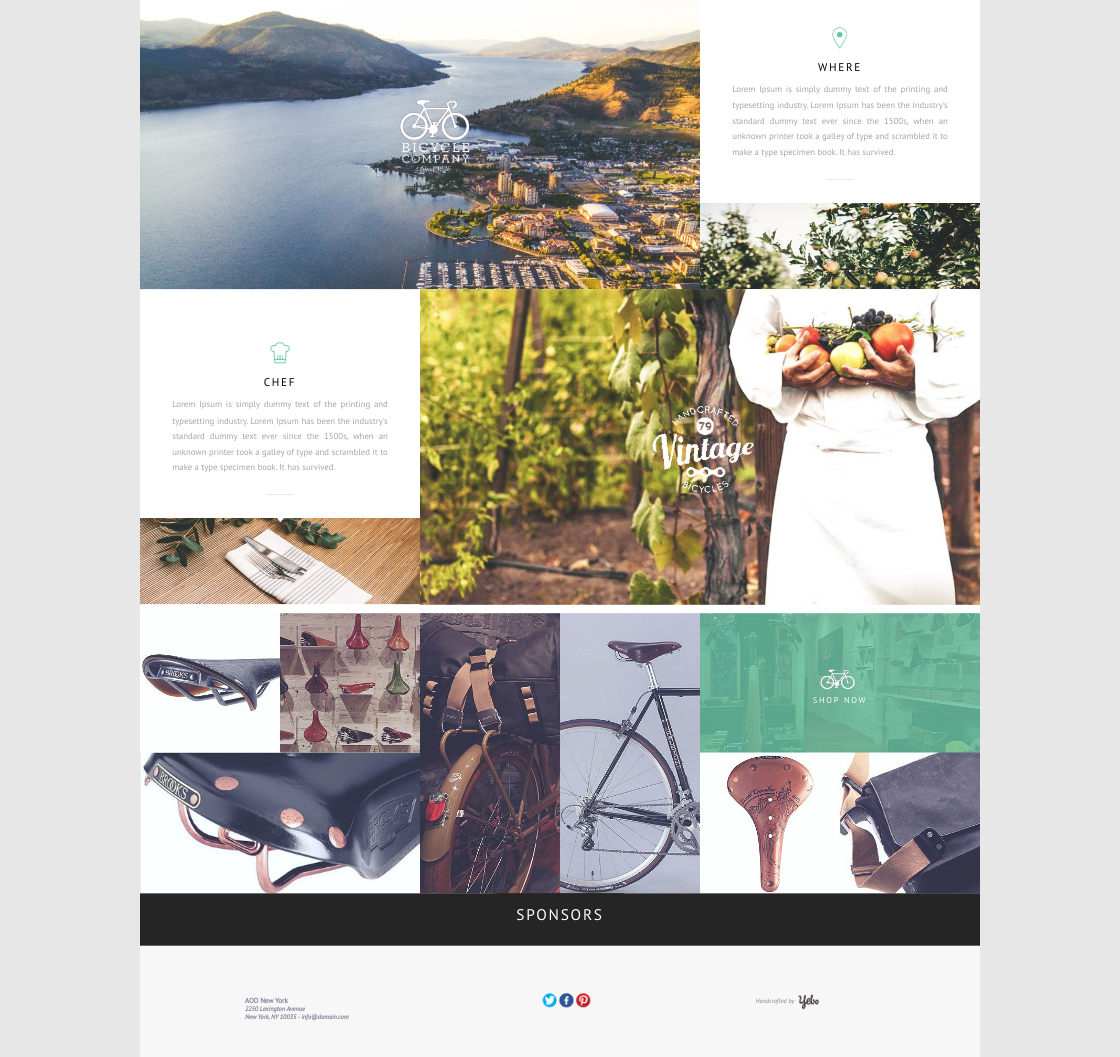
Repository: vancodes/longtable
Page: index.html
These files come from the project's save history. The page is drawn as it stood at one moment and after the next save; the edit follows.
The browser window is 1280 px wide. The page is 1600 px wide, so the pictures cover 1600 px, including what lies to the right of the window. The pictures show the part of the page from y = 1210 to 2770 px (the page is 2720 px tall before and 2770 px after), at 70% of full size.

Above is the page before, as saved 2019-04-08 15:37:34.

### index.html
<!DOCTYPE html>
<html>

<head>
  <meta charset="utf-8">
  <link href="index.css" type="text/css" rel="stylesheet">
  <title>Long table</title>
</head>

<body>
  <div class="wrapper">
    <!--Intro Section-->
    <div class="topbar">
      <h1>
      <ul>
        <li><a href="#">About Us</a></li>
    	   <p>.</p>
        <li><a href="#">Info</a></li>
        <li><a href="#"><img src="assets\logo.png" alt="logo"></a></li>
        <li><a href="https://www.gofundme.com/breast-lung-and-melanoma-cancer">Donate</a></li>
    	   <p>.</p>
        <li><a href="#">Contact</a></li>
      </ul>
    </h1>
    </div>
    <div class="hero">
      <img src="assets/cover.jpg" alt="">
    </div>
    <!--Navigation Section-->
    <div class="main" align="center">
      <div class="first">
        <img src="assets\breast-cancer-icon.png" alt="bike chain">
        <h2>Long table dinner fundraiser</h2>
        <h4>When: TBD Kelowna</h4>
        <h4>Where: TBD Summer 2019</h4>
        <p>Join us for an long table diner by Chef x. This dinner raise for Shenah Mochenski to get treatment for cancer and rheumatoid arthritis at the TrueNorth Health Center</p>
        <div class="email-container">
            <button>Join us</button>
          </div>
      </div>
      <!--Image Section-->
      <div class="bike-images">
        <div class="first-container">
          <div class="first-left">
            <div id="bike-logo">
              <img src="assets/bike.png" alt="bike logo">
            </div>
            <div id="logo">
              <img src="assets/bicycle-company-logo.png" alt="company logo">
            </div>
            <div id="vintage-left">
              <img src="assets\bike-1.jpg" alt="bike handle">
            </div>
          </div>
          <div class="first-right">
            <div class="location">
              <img src="assets\location-icon.png" alt="frame icon">
            </div>
            <div id="vintage-text">
              <h3>WHERE</h3>
              <p>Lorem Ipsum is simply dummy text of the printing and typesetting industry. Lorem Ipsum has been the industry's standard dummy text ever since the 1500s, when an unknown printer took a galley of type and scrambled it to make a type specimen
                book. It has survived.</p>
            </div>
            <div class="divider-line"></div>
            <div id="first-vintage-seat">
              <img img src="assets\seat.jpg" alt="bike seat">
            </div>
            <div class="arrow-down"></div>
          </div>
        </div>
        <div class="second-container">
          <div class="second-left">
            <div class="chef">
              <img src="assets\chef-icon.png" alt="chef icon">
            </div>
            <div id="vintage-text">
              <h3>CHEF</h3>
              <p>Lorem Ipsum is simply dummy text of the printing and typesetting industry. Lorem Ipsum has been the industry's standard dummy text ever since the 1500s, when an unknown printer took a galley of type and scrambled it to make a type specimen
                book. It has survived.</p>
            </div>
            <div class="divider-line"></div>
            <div id="second-chef">
              <img src="assets\chef-2.jpg" alt="vintage bike seat">
            </div>
            <div class="arrow-down"></div>
          </div>
          <div class="second-right">
            <div id="vintage-logo">
              <img src="assets\vintage-logo.png" alt="vintage bike logo">
            </div>
            <div id="chef">
              <img src="assets\chef.jpg" alt="chef">
            </div>
          </div>
        </div>
        <!--<div class="retro-container">
          <div class="retro-left">
            <div id="retro-logo">
              <img src="assets/bicycle-logo.png" alt="Since 1962 logo">
            </div>
            <div id="retro-bike">
              <img src="assets\bike-rail.jpg" alt="bike rail">
            </div>
          </div>
          <div class="retro-middle">
            <div class="steering">
              <img src="assets\steering-icon.png" alt="steering icon">
            </div>
            <div id="vintage-text">
              <h3>Retro Bike - M. Hulot</h3>
              <p>Lorem Ipsum is simply dummy text of the printing and typesetting industry. Lorem Ipsum has been the industry's standard dummy text ever since the 1500s, when an unknown printer took a galley of type and scrambled it to make a type specimen
                book. It has survived.</p>
            </div>
            <div class="divider-line"></div>
            <div class="arrow-down"></div>
            <div id="retro-rail">
              <img src="assets\mavic.jpg" alt="vintage bike seat">
            </div>
          </div>
          <div class="retro-right">
            <div id="retro-bike-right">
              <img src="assets\bike-2.jpg" alt="retro bike">
            </div>
          </div>
        </div>
      </div>-->
      <!--Social Section-->
      <!--<div class="main" align="center">
        <div class="last">
          <img src="assets\twitter-icon.png" alt="Twitter icon"><br>
          <span>AOD New York @aod</span>
          <span class="twitter-time"> / 35 min</span >
            <p>Lorem ipsum dolor sit amet, consectetur adipiscing elit. Sed ut tellus ac nulla semper rhoncus. Nullam a odio porttitor, dictum turpis vitae, pretium ante amet.</p>
          </div>
      </div>-->
<!--slider-->
    <!--<div class="slider">
      <span class="dotfirst"></span>
          <span class="dot"></span>
          <span class="dot"></span>
        </div>-->
        <!--Photo Collage-->
        <div class="bottom-container">
          <div class="bottom-left">
            <div id="image-one">
              <img src="assets\bottom-image-1.jpg" alt="">
            </div>
            <div id="image-one">
              <img src="assets\bottom-image-2.jpg" alt="">
            </div>
            <div id="brooks-seat">
              <img src="assets\brooks-seat.png" alt="">
            </div>
          </div>
          <div class="bottom-middle">
            <div id="image-three">
              <img src="assets\bottom-image-3.jpg" alt="">
            </div>
            <div id="image-three">
              <img src="assets\bottom-image-4.jpg" alt="">
            </div>
          </div>
          <div class="bottom-right">
            <div id="bottom-bike-logo">
              <img src="assets/bike.png" alt="bike logo">
            </div>
            <div class="bottom-text">
              <p>shop now</p>
            </div>
            <div id="image-five">
              <img src="assets\bottom-image-5.jpg" alt="">
            </div>
            <div id="image-five">
              <img src="assets\bottom-image-6.jpg" alt="">
            </div>
          </div>
        </div>
        <div class="discover-container">
          <div class="discover-text">
            <button>Sponsors</button>
          </div>
        </div>
      </div>
      <div class="main" align="center">
        <div class="footer-container">
          <div class="footer-left">
            <span>AOD New York</span>
            <span class="footer-text">
      <p>2250 Lexington Avenue</p>
      <p>New York, NY 10035 - info@domain.com</p>
      </span >
      </div>
      <div class="footer-middle">
        <img src="assets\twitter.png" alt="twitter icon">
        <img src="assets\facebook.png" alt="facebook icon">
        <img src="assets\pinterest.png" alt="pinterest icon">
      </div>
      <div class="footer-right">
        <span class="footer-right-text">
          <p>Handcrafted by</p>
        </span>
            <img src="assets\yebo-logo.png" alt="yebo logo">
          </div>
        </div>
      </div>
      <!--end-->
    </div>
</body>
</html>

### index.css
/* http://meyerweb.com/eric/tools/css/reset/
   v2.0 | 20110126
   License: none (public domain)
*/

html, body, div, span, applet, object, iframe, h1, h2, h3, h4, h5, h6, p, blockquote, pre, a, abbr, acronym, address, big, cite, code, del, dfn, em, img, ins, kbd, q, s, samp, small, strike, strong, sub, sup, tt, var, b, u, i, center, dl, dt, dd, ol, ul, li, fieldset, form, label, legend, table, caption, tbody, tfoot, thead, tr, th, td, article, aside, canvas, details, embed, figure, figcaption, footer, header, hgroup, menu, nav, output, ruby, section, summary, time, mark, audio, video {
  margin: 0;
  padding: 0;
  border: 0;
  font-size: 100%;
  font: inherit;
  vertical-align: baseline;
}

/* HTML5 display-role reset for older browsers */

article, aside, details, figcaption, figure, footer, header, hgroup, menu, nav, section {
  display: block;
}

body {
  line-height: 1;
}

ol, ul {
  list-style: none;
}

blockquote, q {
  quotes: none;
}

blockquote:before, blockquote:after, q:before, q:after {
  content: '';
  content: none;
}

table {
  border-collapse: collapse;
  border-spacing: 0;
}

/*  fonts */

@font-face {
  font-family: PtSansWebBold;
  src: url(font/pt_sans-web-bold.ttf);
}

@font-face {
  font-family: PtSansWebBoldItalic;
  src: url(font/pt_sans-web-bolditalic.ttf);
}

@font-face {
  font-family: PtSansWebItalic;
  src: url(font/pt_sans-web-italic.ttf);
}

@font-face {
  font-family: PtSansWebRegular;
  src: url(font/pt_sans-web-regular.ttf);
}

body {
  font-family: PtSansWebRegular;
}

h1 {
  font-family: PtSansWebBold;
  font-size: 12px;
  text-transform: uppercase;
  letter-spacing: 2px;
}

h2 {
  font-family: PtSansWebBold;
  letter-spacing: 2.5px;
  text-transform: uppercase;
  text-align: center;
  line-height: 2.5em;
}

h3 {
  font-family: PtSansWebBold;
  letter-spacing: 2.5px;
  text-transform: uppercase;
  text-align: center;
  font-size: 12px;
  line-height: 2.5em;
}

h3 {
  font-family: PtSansWebRegular;
  letter-spacing: 2.5px;
  text-transform: uppercase;
  text-align: center;
  line-height: 2.5em;
  font-size: 16px;
}

h4 {
  font-family: PtSansWebRegular;
  font-size: 13px;
  text-transform: uppercase;
  letter-spacing: 2px;
  line-height: 2.1em;
}


p {
  font-family: PtSansWebRegular;
  font-size: 12px;
  color: #838199;
  text-align: center;
  line-height: 1.8em;
}

.bike-images p {
  font-family: PtSansWebRegular;
  font-size: 12.5px;
  color: #a5a5a5;
  text-align: justify;
  line-height: 1.8em;
}

.last span {
  font-family: PtSansWebBold;
  display: inline;
  font-size: 12px;
  text-align: center;
  line-height: 2.8em;
  letter-spacing: 1.5px;
}

.last .twitter-time {
  font-family: PtSansWebRegular;
  font-size: 12px;
  text-align: center;
  letter-spacing: 1.5px;
  color: #b2b1bd;
  padding-left: 6px;
}

.last p {
  font-family: PtSansWebItalic;
  font-size: 14px;
  color: #838199;
  text-align: center;
  line-height: 1.8em;
  padding: 0 55px;
}

.bottom-text p {
  font-family: PtSansWebRegular;
  letter-spacing: 2.5px;
  text-transform: uppercase;
  text-align: center;
  line-height: 2.5em;
  font-size: 12px;
  color: #fff;
}

.saddle-text p {
  font-family: PtSansWebItalic;
  font-size: 16px;
  text-align: center;
  letter-spacing: 0.5px;
  color: #838199;
  padding-left: 6px;
  margin-bottom: 20px;
}

/*  wrapper */

.wrapper {
  padding: 0 200px;
  width: 1200px;
  margin: 0 auto;
  background-color: #e8e7e7;
}

/* intro section */

.hero img {
  width: 100%;
}

.topbar {
  position: absolute;
  padding: 0px 317px;
  margin-top: 23px;
}

.topbar ul {
  width: 590px;
  margin: 0 auto;
}

.topbar li {
  display: inline-block;
  padding: 0 20px;
  float: left;
  position: relative;
  top: 52px;
  transform: translateY(-50%);
}

.topbar li a {
  text-decoration: none;
  color: #4D4B56;
}

.topbar li a img {
  width: 75px;
}

.hero img {
  vertical-align: bottom;
  width: 100%;
  padding-top: 150px;
  background-color: #F7F7F7
}

.topbar li a:hover {
  text-decoration: none;
  color: #ff000069;
}

.topbar p {
  padding: 0 20px;
  float: left;
  position: relative;
  top: 52px;
  transform: translateY(-50%);
  font-family: PtSansWebBold;
}

/* navigation section */

.main {
  background-color: #F7F7F7
}

.first {
  color: #4D4B56;
  padding: 80px 150px 80px 150px;
  max-width: 736px;
}

.first img {
  padding: 0px 46px;
}

/* bike images */

img {
  padding: 0;
  margin: 0;
}

.bike-images {
  background-color: #FFFF;
  position: relative;
}

.first-container {
  vertical-align: bottom;
  display: table;
}

.first-left {
  width: 800px;
  display: table-cell;
  vertical-align: bottom;
}

.first-right {
  display: table-cell;
  vertical-align: bottom;
  width: 400px;
}

#first-vintage-seat img {
  width: 400px;
  height: 123px;
  float: left;
}

#bike-logo img {
  width: 100px;
  position: absolute;
  margin-top: 179px;
  transform: translatex(-29%);
}

#logo img {
  width: 100px;
  position: absolute;
  margin-top: 240px;
  transform: translateX(-26%);
}

#vintage-left img {
  float: left;
  margin: auto;
  width: 800px;
}

.location img {
  width: 30px;
  margin-bottom: 5px;
}

#vintage-text {
  height: 162px;
  margin-bottom: 18px;
  overflow: hidden;
}

#vintage-text p {
  padding: 0px 46px;
}

.divider-line {
  height: 1px;
  background-color: #e2e2e2;
  margin: 0px 180px 33px;
}

.arrow-down {
  width: 0px;
  height: 0px;
  border-left: 5px solid transparent;
  border-right: 5px solid transparent;
  border-top: 6px solid #FFFF;
  position: absolute;
  transform: translateX(1955%);
}

.second-container {
  vertical-align: bottom;
  display: table;
}

#second-chef img {
  width: 400px;
  height: 123px;
  float: left;
  margin-bottom: -1.6px;
}

.second-left {
  width: 333px;
  display: table-cell;
  vertical-align: bottom;
}

.chef img {
  width: 30px;
  margin-bottom: 5px;
}

#chef img {
  float: right;
  width: 800px;
  vertical-align: bottom;
  margin-bottom: -2px;
}

.second-right {
  display: table-cell;
  vertical-align: bottom;
  width: 656px;
}

#vintage-logo img {
  width: 145px;
  position: absolute;
  margin-top: 167px;
  transform: translateX(-47%);
}

.retro-container {
  vertical-align: bottom;
  display: table;
}

.retro-left {
  display: table-cell;
  vertical-align: bottom;
  width: 333px;
}

.retro-middle {
  width: 400px;
  display: table-cell;
  vertical-align: bottom;
}

.retro-right {
  display: table-cell;
  vertical-align: bottom;
  width: 400px;
}

#retro-logo img {
  width: 160px;
  position: absolute;
  margin-top: 197px;
  transform: translateX(-50%);
}

#retro-bike img {
  float: right;
  width: 400px;
  vertical-align: bottom;
}

#retro-bike-right img {
  float: right;
  width: 400px;
  vertical-align: bottom;
}

.steering img {
  height: 30px;
  margin-bottom: 5px;
}

#retro-rail img {
  width: 400px;
  height: 123px;
  vertical-align: bottom;
}

.bottom-container {
  vertical-align: bottom;
  display: table;
  margin-top: 14px;
}

.bottom-left {
  display: table-cell;
  vertical-align: bottom;
  width: 400px;
}

.bottom-middle {
  display: table-cell;
  vertical-align: bottom;
  width: 400px;
}

.bottom-right {
  display: table-cell;
  vertical-align: bottom;
  width: 400px;
}

#image-one img {
  float: left;
  width: 200px;
  vertical-align: bottom;
  max-height: 199px;
}

#brooks-seat img {
  float: left;
  width: 400px;
  vertical-align: bottom;
}

#image-three img {
  float: left;
  width: 200px;
  vertical-align: bottom;
}

#image-five img {
  float: left;
  width: 400px;
  vertical-align: bottom;
  margin-top: -1px;
}

#bottom-bike-logo img {
  width: 50px;
  position: absolute;
  margin-top: 79px;
  transform: translatex(-57%);
}

.bottom-text {
  position: absolute;
  padding: 0px -4px;
  margin-top: 108px;
  width: 400px;
}

/* twitter-last section */

.last {
  padding: 80px 150px 50px 150px;
  max-width: 736px;
}

.last img {
  width: 25px;
  padding-bottom: 15px;
}

.noBorder {
  border: 0;
}

/* slider */

.dotfirst {
  width: 0.50rem;
  height: 0.50rem;
  background-color: #ADB2B6;
  border-radius: 50%;
  display: inline-block;
}

.dot {
  width: 0.40rem;
  height: 0.40rem;
  border-radius: #ADB2B6;
  background-color: #FFF;
  border-radius: 50%;
  border: 1px solid #ADB2B6;
  display: inline-block;
  -moz-border-radius: 50%;
  -webkit-border-radius: 50
}

.slider {
  color: #4D4B56;
  padding: 0px 0px 30px 0px;
  max-width: 736px;
}

/* last section */

.discover-container {
  background-color: #252525;
  height: 75px;
  padding-tom: 50px;
}

.discover-text button {
  border: none;
  padding: 3px 30px;
  margin: 0 493px;
  font-family: PtSansWebRegular;
  letter-spacing: 2.5px;
  text-transform: uppercase;
  text-align: center;
  line-height: 2.5em;
  font-size: 22px;
  color: #fff;
  background-color: #252525;
}

.discover-text button:hover {
  background-color: #fff;
  color: #252525;
  box-shadow: none;
  transform: none;
  transition: 0.1s ease-in-out;
}

.email-container {
  background-color: #f7f7f7;
  padding: 25px 150px 50px 0px;
}

.email-container img {
  width: 65px;
  padding: 10px 420px;
}

input {
  border: 1px solid #e8e7e7;
  padding: 5px 30px;
  margin: 3px 255px;
  position: absolute;
  padding: 9px 109px 9px 20px;
  font-family: PtSansWebItalic;
  font-size: 14px;
  color: #e8e7e7;
  text-align: center;
  line-height: 1.8em;
  text-align: left;
}

.email-container button {
  margin: 0px;
  position: absolute;
  background-color: #66c4a1;
  padding: 2px 40px;
  font-family: PtSansWebRegular;
  letter-spacing: 2.5px;
  text-transform: uppercase;
  text-align: center;
  line-height: 2.5em;
  font-size: 16px;
  color: #fff;
}

.email-container button:hover {
  background-color: #fff;
  color: #66c4a1;
  box-shadow: none;
  transform: none;
  transition: 0.1s ease-in-out;
}

.footer-container {
  background-color: #f7f7f7;
  padding: 50px 150px;
  display: table
}

.footer-left {
  display: table-cell;
  width: 400px;
  text-align: left;
}

.footer-left span {
  font-size: 10px;
  color: #838199;
  font-weight: bold;
}

.footer-text p {
  font-family: PtSansWebItalic;
  font-size: 9px;
  color: #838199;
  line-height: 1.4em;
  text-align: left;
}

.footer-middle {
  display: table-cell;
  width: 400px;
  transform: translateX(33%);
  vertical-align: middle;
}

.footer-middle img {
  width: 20px;
}

.footer-right {
  width: 400px;
}

.footer-right-text p {
  font-family: PtSansWebItalic;
  font-size: 9px;
  color: #838199;
  line-height: 1.4em;
  margin-top: 23px;
  width: 60px;
  transform: translateX(95%);
}

.footer-right img {
  width: 30px;
  transform: translateX(300%);
  padding-top: 0px;
  margin-top: -16px;
  position: absolute;
}

After the next save:
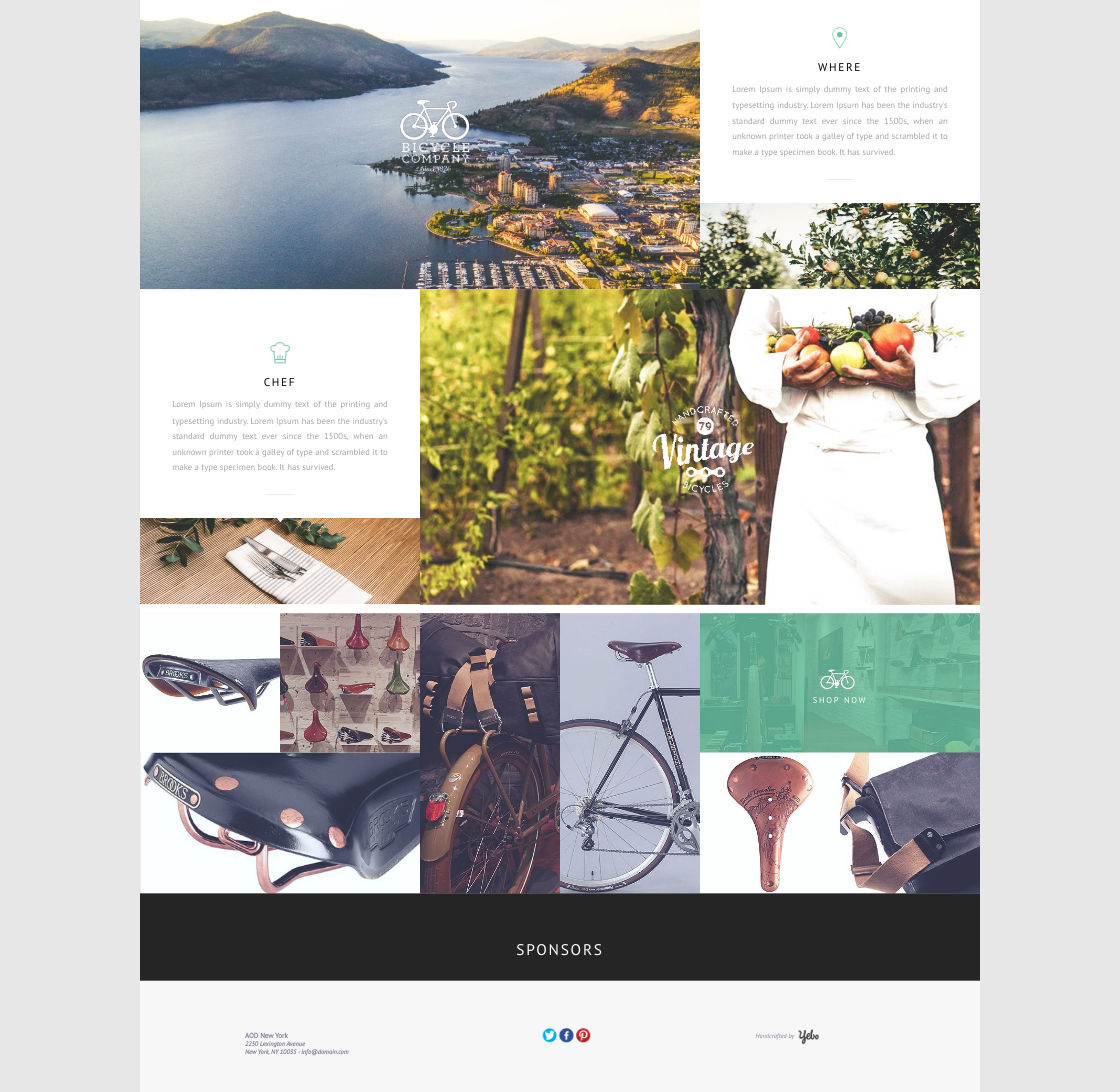
Saved 14 s later.
--- a/index.css
+++ b/index.css
@@ -547,7 +547,7 @@ img {
 .discover-container {
   background-color: #252525;
   height: 75px;
-  padding-tom: 50px;
+  padding-top: 50px;
 }
 
 .discover-text button {
